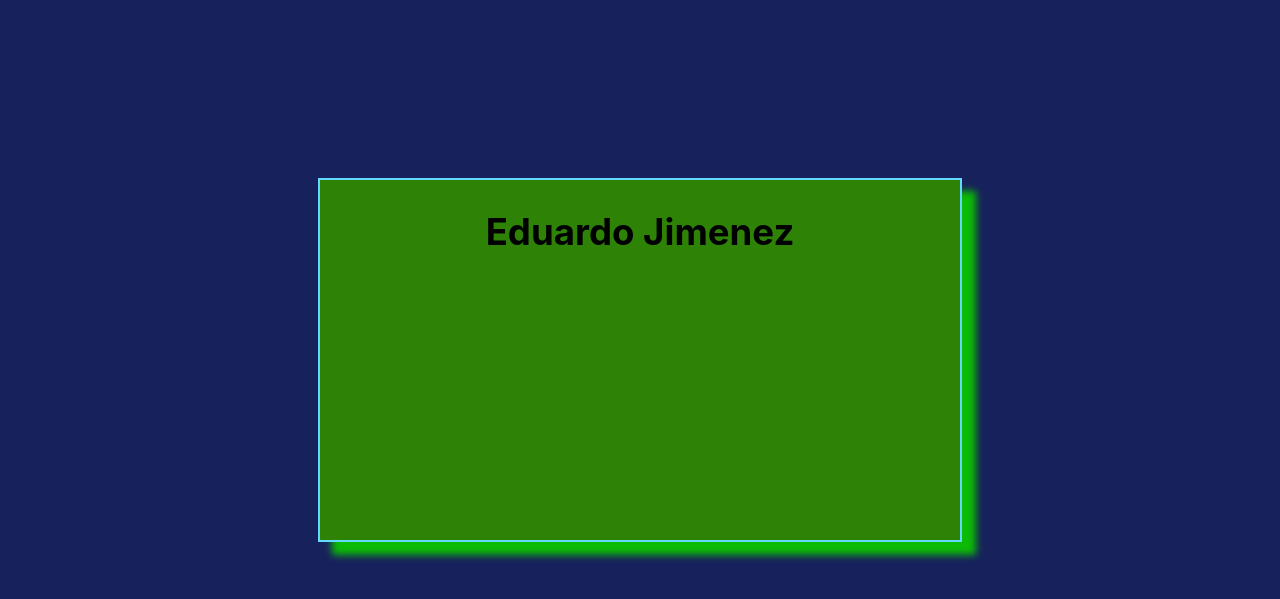
Repository: l8nightswithJS/react-my-portfolio
Page: /
An editor plug-in stored every save of this project. The page is shown before and after the next save, followed by the edit.
The browser window is 1280 px wide. The pictures show the whole page.
The project was rebuilt for these pictures with package versions that can differ from the ones it lists, and the page was loaded fresh each time.

Above is the page before, as saved 2021-04-22 23:57:30.

### src/App.js
import './App.css';


function App() {
  return (
    <div className="App">
      <header className="App-header">
        <section>
          <h1>Eduardo Jimenez</h1>
        </section>
      </header>
    </div>
  );
}

export default App;

### src/App.css
.App {
  height: 100vh;
  width: 100%;
  text-align: center;
  background-color: rgb(23, 33, 92);
}

section {
  position: fixed;
  top: 0;
  bottom: 0;
  left: 0;
  right: 0;
  background-color: rgb(46, 131, 7);
  height: 50vh;
  width: 50vw;
  margin: auto;
  font-size: calc(10px + 2vmin);
  color: white;
  border: #61dafb .3vh solid;
  box-shadow: 2vh 1vw 1vh rgb(12, 187, 6);
}

h1 {
  color: black;
}

Loaded but not shown: public/index.html (common file); src/index.js (common file); src/index.css (common file); src/reportWebVitals.js (common file)

After the next save:
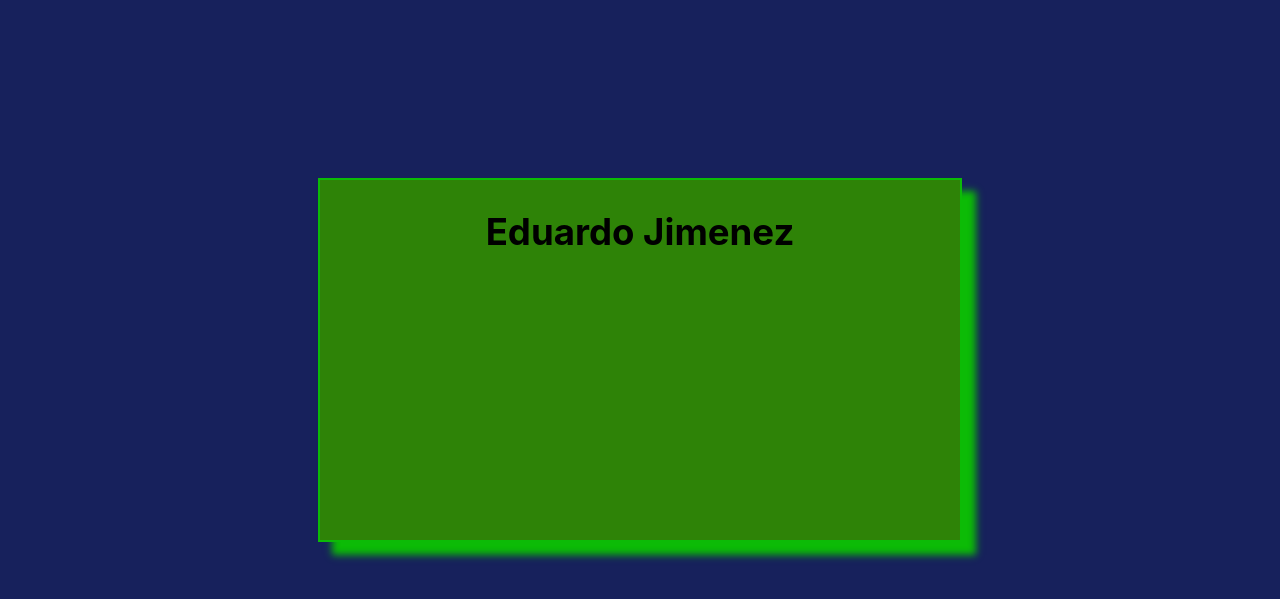
Saved 39 s later.
--- a/src/App.css
+++ b/src/App.css
@@ -17,7 +17,7 @@ section {
   margin: auto;
   font-size: calc(10px + 2vmin);
   color: white;
-  border: #61dafb .3vh solid;
+  border: rgb(12, 187, 6) .3vh solid;
   box-shadow: 2vh 1vw 1vh rgb(12, 187, 6);
 }
 
